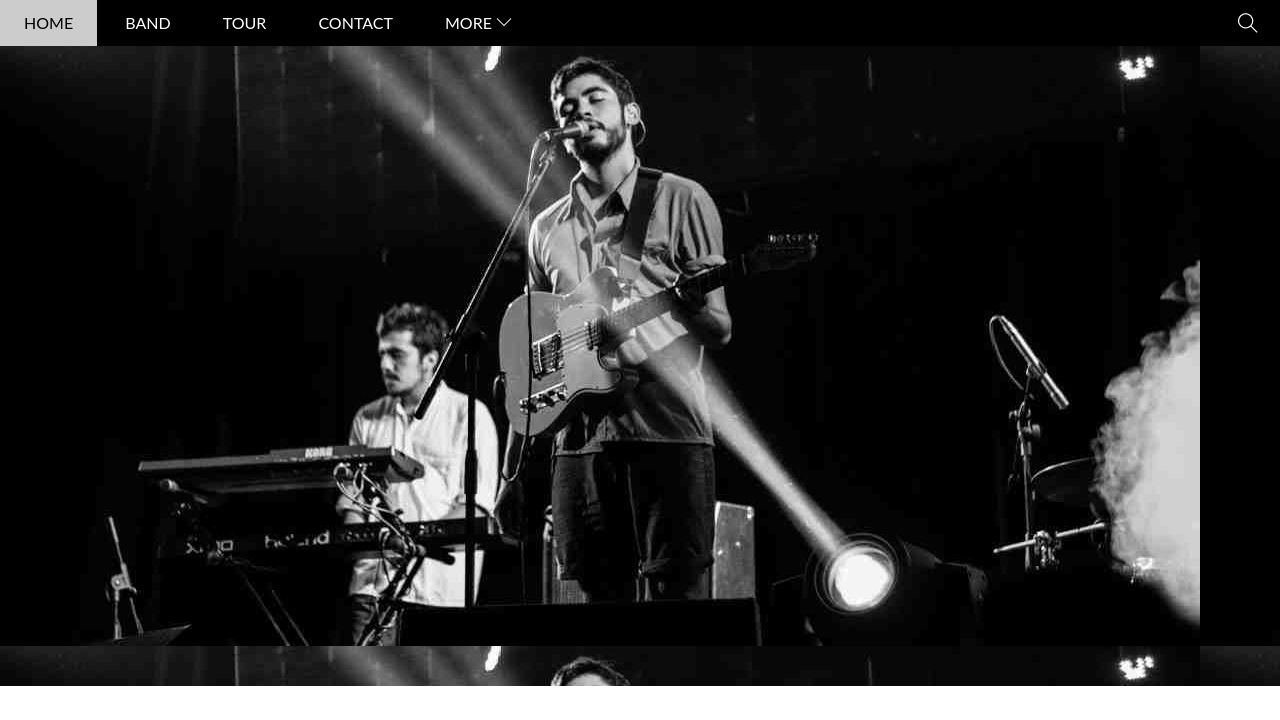
Repository: tatvanhco/web-dau-tay
Page: index.html
An editor plug-in stored every save of this project. The page is shown before and after the next save, followed by the edit.
The browser window is 1280 px wide. The pictures show the whole page.

Above is the page before, as saved 2022-01-23 17:49:47.

After the next save:
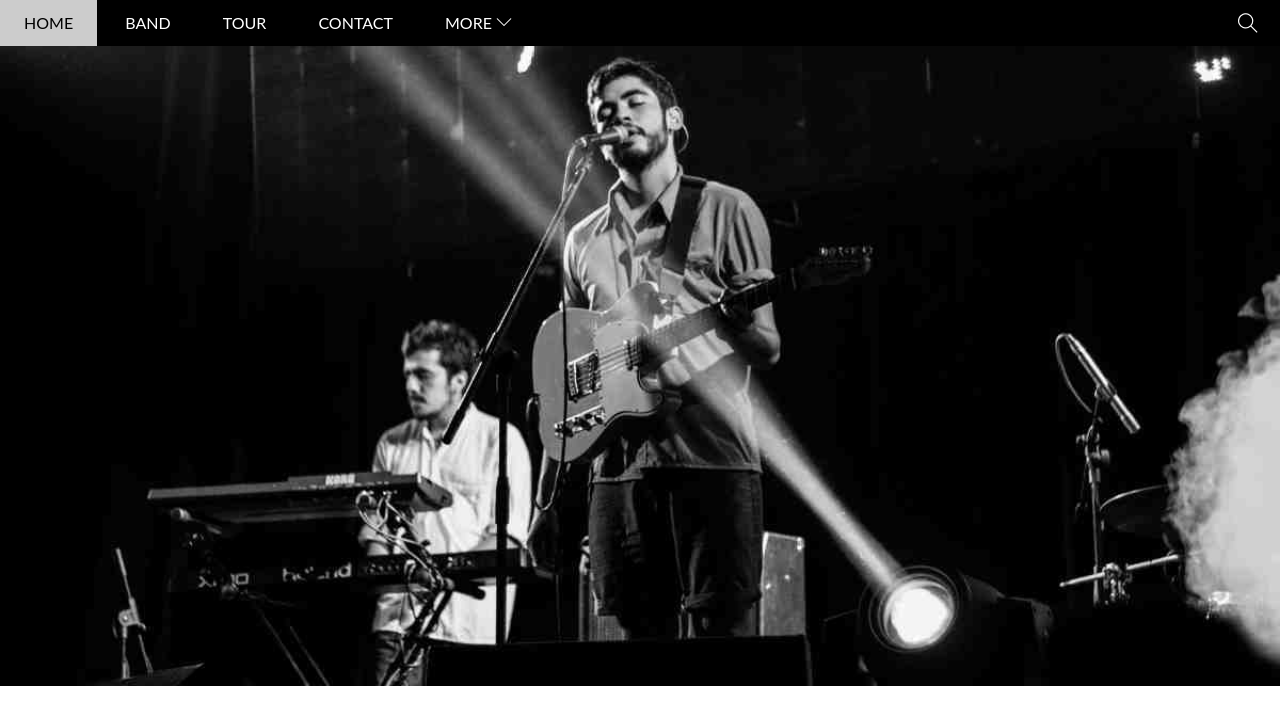
Saved 41 s later.
--- a/assets/css/style.css
+++ b/assets/css/style.css
@@ -88,5 +88,5 @@ body {
 #slide {
     margin-top: 46px;
     padding-top: 50%;
-    background: url(/assets/img/slider/chicago.jpg);
+    background: url(/assets/img/slider/chicago.jpg) top center / cover no-repeat;
 }
